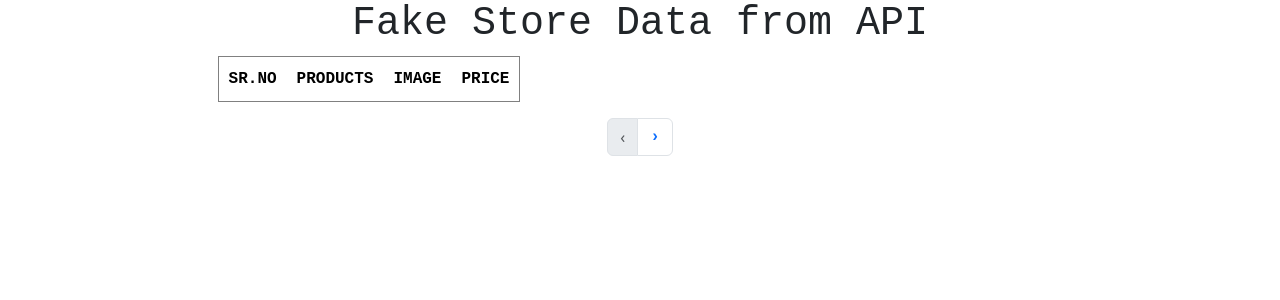
Repository: nisarg-patel612/Node_Integration_With_Frontend
Page: / (app in Frontend/FakeStore-API/)
The author's editor kept a copy of each file at every save. The page is drawn from the files as they stood at one save, then again after the next save.
The browser window is 1280 px wide. The pictures show the whole page.
The page's requests for data from a server got no answer. The project was rebuilt for these pictures with package versions that can differ from the ones it lists, and the page was loaded fresh each time. No one was signed in, and anything a server would have sent is missing. Also part of the build but not shown: Frontend/FakeStore-API/vite.config.js, Frontend/FakeStore-API/src/index.css.

Above is the page before, as saved 2025-04-30 11:18:28.

### Frontend/FakeStore-API/src/App.jsx
import React from "react"
import './App.css'
import FakeStoreAPi from "./Components/Fake_Store_API"
import 'bootstrap/dist/css/bootstrap.min.css';


function App() {

  return (

    // Fake Store API
    <FakeStoreAPi />

  )
}

export default App

### Frontend/FakeStore-API/src/App.css
/* #root {
  max-width: 1280px;
  margin: 0 auto;
  padding: 2rem;
  text-align: center;
}

.logo {
  height: 6em;
  padding: 1.5em;
  will-change: filter;
  transition: filter 300ms;
}
.logo:hover {
  filter: drop-shadow(0 0 2em #646cffaa);
}
.logo.react:hover {
  filter: drop-shadow(0 0 2em #61dafbaa);
}

@keyframes logo-spin {
  from {
    transform: rotate(0deg);
  }
  to {
    transform: rotate(360deg);
  }
}

@media (prefers-reduced-motion: no-preference) {
  a:nth-of-type(2) .logo {
    animation: logo-spin infinite 20s linear;
  }
}

.card {
  padding: 2em;
}

.read-the-docs {
  color: #888;
} */


/* Fake_Store_API.jsx css code */
table {
  text-align: center;
  margin-left: 17%;
}
tr {
  color: black;
  font-size: large;
  font-weight: 600;
  font-family: monospace;
  text-transform: uppercase;
}
a {
  color: black;
  font-size: large;
  font-weight: 600;
  font-family: monospace;
  text-transform: uppercase;
}
td {
  font-size: large;
  font-family: math;
  font-weight: 600;
  font-family: monospace;
}
h1 {
  font-size: xx-large;
  font-family: math;
  font-weight: 600;
  font-family: monospace;
}
button.btn.btn-click {
  margin: 7px -214px 0 17%;
  background: grey;
  padding: 1%;
  width: 12%;
  font-family: monospace;
  font-weight: 700;
  font-size: x-large;
  color: azure;
}

### Frontend/FakeStore-API/src/Components/Fake_Store_API.jsx
import React, { useState, useEffect } from 'react';
import axios from 'axios';
import { Pagination } from 'react-bootstrap';

const FakeStoreAPi = () => {
    const [products, setProducts] = useState([]);
    const [currentPage, setCurrentPage] = useState(1);
    const itemsPerPage = 5;

    useEffect(() => {
        axios.get('http://localhost:5000/products')
            .then(response => setProducts(response.data))
            .catch(error => console.error('Error fetching data:', error));
    }, []);

    const indexOfLastItem = currentPage * itemsPerPage;
    const indexOfFirstItem = indexOfLastItem - itemsPerPage;
    const currentItems = products.slice(indexOfFirstItem, indexOfLastItem);

    const totalPages = Math.ceil(products.length / itemsPerPage);

    return (
        <div className='fakestore-api-main'>
            <h1 style={{ textAlign: 'center' }}>Fake Store Data from API</h1>
            <table border="1" cellPadding="10px" cellSpacing="2px">
                <thead>
                    <tr>
                        <th>Sr.No</th>
                        <th>Products</th>
                        <th>Image</th>
                        <th>Price</th>
                    </tr>
                </thead>
                <tbody>
                    {currentItems.map((product, index) => (
                        <tr key={product.id}>
                            <td>{index + 1 + (currentPage - 1) * itemsPerPage}</td>
                            <td><a href={`/product/${product.id}`}>{product.title}</a></td>
                            <td><img src={product.image} alt={product.title} width="50" /></td>
                            <td>${product.price}</td>
                        </tr>
                    ))}
                </tbody>
            </table>

            <div className='d-flex justify-content-center mt-3'>
                <Pagination>
                    <Pagination.Prev
                        onClick={() => setCurrentPage(prev => prev - 1)}
                        disabled={currentPage === 1}
                    />
                    {[...Array(totalPages)].map((_, index) => (
                        <Pagination.Item
                            key={index + 1}
                            active={index + 1 === currentPage}
                            onClick={() => setCurrentPage(index + 1)}
                        >
                            {index + 1}
                        </Pagination.Item>
                    ))}
                    <Pagination.Next
                        onClick={() => setCurrentPage(prev => prev + 1)}
                        disabled={currentPage === totalPages}
                    />
                </Pagination>
            </div>
        </div>
    );
};

export default FakeStoreAPi;

Loaded but not shown: Frontend/FakeStore-API/index.html (common file); Frontend/FakeStore-API/src/main.jsx (common file)

After the next save:
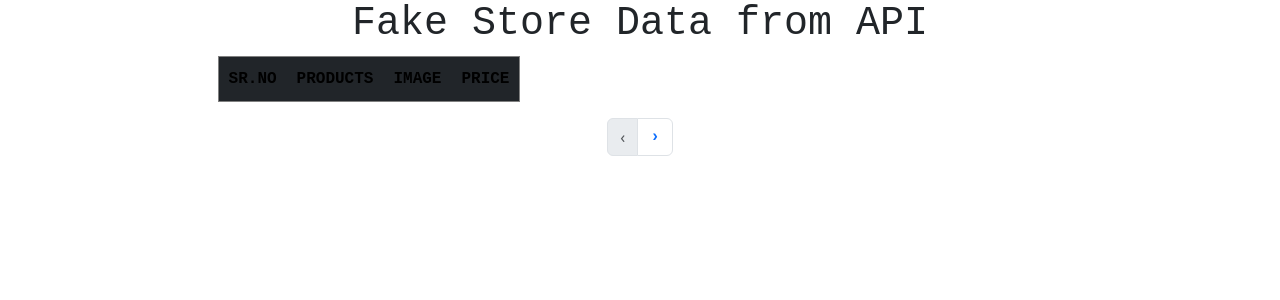
Saved 12 s later.
--- a/Frontend/FakeStore-API/src/Components/Fake_Store_API.jsx
+++ b/Frontend/FakeStore-API/src/Components/Fake_Store_API.jsx
@@ -22,7 +22,7 @@ const FakeStoreAPi = () => {
     return (
         <div className='fakestore-api-main'>
             <h1 style={{ textAlign: 'center' }}>Fake Store Data from API</h1>
-            <table border="1" cellPadding="10px" cellSpacing="2px">
+            <table className='bg-dark' border="1" cellPadding="10px" cellSpacing="2px">
                 <thead>
                     <tr>
                         <th>Sr.No</th>
